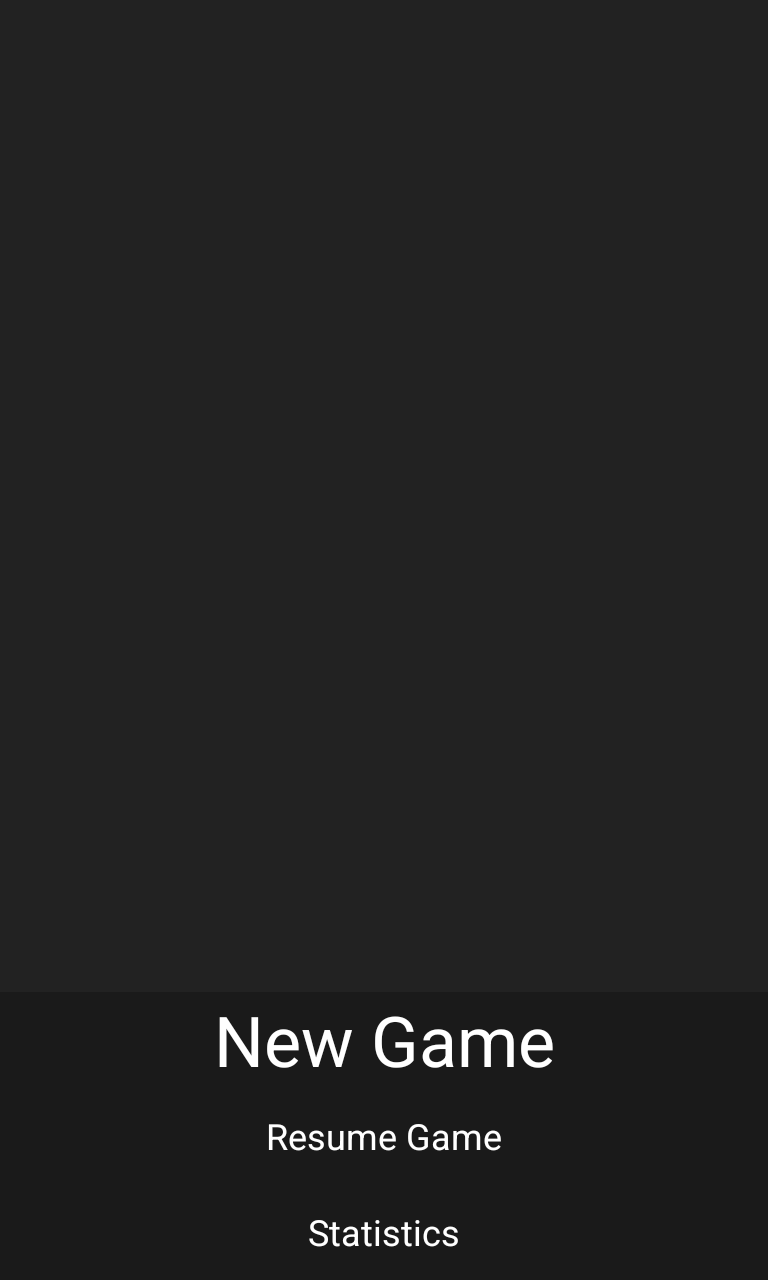
Repository: andyhurd/SuperMunchkin
Layout: SuperMunchkin/res/layout/activity_main_menu.xml
An editor plug-in stored every save of this project. The layout is shown before and after the next save, followed by the edit.
It is drawn on a 768 x 1280 px phone screen (xhdpi) without system bars, with theme AppTheme; the app's code is not run.

Above is the layout before, as saved 2012-11-02 01:18:11.

### SuperMunchkin/res/layout/activity_main_menu.xml

    <LinearLayout xmlns:android="http://schemas.android.com/apk/res/android"
        android:layout_width="fill_parent"
        android:layout_height="fill_parent"
        android:orientation="vertical"
        android:gravity="bottom"
        android:background="@color/charcoal" >

	    <LinearLayout
	        android:layout_width="fill_parent"
	        android:layout_height="wrap_content"
	        android:orientation="vertical"
	        android:gravity="center"
	        android:background="@color/charcoal_accent" >

	        <Button
	            android:id="@+id/newGameButton"
	            android:layout_width="match_parent"
	            android:layout_height="wrap_content"
	            android:text="@string/new_game"
		        android:textColor="@android:color/white"
		        android:textSize="35dip"
		        style="?android:attr/borderlessButtonStyle" />

	        <Button
	            android:id="@+id/resumeGameButton"
	            android:layout_width="match_parent"
	            android:layout_height="wrap_content"
	            android:text="@string/resume_game"
		        android:textColor="@android:color/white"
		        style="?android:attr/borderlessButtonStyle" />

	        <Button
	            android:id="@+id/statisticsButton"
	            android:layout_width="match_parent"
	            android:layout_height="wrap_content"
	            android:text="@string/statistics"
		        android:textColor="@android:color/white"
		        style="?android:attr/borderlessButtonStyle" />
        </LinearLayout>

    </LinearLayout>

### SuperMunchkin/res/values/colors.xml
<resources>

    <color name="charcoal">#222222</color>
    <color name="charcoal_accent">#1A1A1A</color>
    <color name="mist">#BBBBBB</color>
    <color name="holo_blue_bright">#FF33FFFF</color>

</resources>

### SuperMunchkin/res/values/strings.xml
<resources>

    <string name="app_name">SuperMunchkin</string>
    <string name="averageGearAbbr">AVG GEAR</string>
    <string name="averageLevelAbbr">AVG LEVEL</string>
    <string name="cancel">Cancel</string>
    <string name="choose_next">Choose Next</string>
    <string name="declare_victor">is the winner!</string>
    <string name="done">Done</string>
    <string name="false_abbr">F</string>
    <string name="finish">Finish</string>
    <string name="firstName">First Name</string>
    <string name="first_player_prompt">Who Plays First?</string>
    <string name="gamesPlayedAbbr">GAMES PLAYED</string>
    <string name="gamesWonAbbr">GAMES WON</string>
    <string name="gear">Gear</string>
    <string name="gearAbbr">GEAR</string>
    <string name="lastName">Last Name</string>
    <string name="level">Level</string>
    <string name="levelAbbr">LEVEL</string>
    <string name="menu_settings">Settings</string>
    <string name="nextPlayer">Next Player</string>
    <string name="next_player_prompt">Who Plays Next?</string>
    <string name="one">1</string>
    <string name="new_game">New Game</string>
    <string name="player">PLAYER</string>
    <string name="playerName">Player Name</string>
    <string name="plus_sign">+</string>
    <string name="previousPlayer">Previous Player</string>
    <string name="reorder">Reorder</string>
    <string name="removePlayers">Remove Players</string>
    <string name="remove">Remove</string>
    <string name="restorePlayers">Restore Players</string>
    <string name="restore">Restore</string>
    <string name="resume_game">Resume Game</string>
    <string name="unfinished_game">Unfinished Game</string>
    <string name="save">Save</string>
    <string name="start">Start</string>
    <string name="statistics">Statistics</string>
    <string name="totalGearAbbr">TOTAL GEAR</string>
    <string name="totalLevelAbbr">TOTAL LEVEL</string>
    <string name="true_abbr">T</string>
    <string name="warrior">Warrior</string>
    <string name="warriorAbbr">WARR</string>
    <string name="warriorFull">WARRIOR</string>
    <string name="winPercentageAbbr">WIN%</string>
    <string name="zero">0</string>
    <string name="zeroPercent">0.0%</string>

</resources>

Loaded but not shown: SuperMunchkin/res/values-v11/styles.xml (common file); SuperMunchkin/res/values-v14/styles.xml (common file); SuperMunchkin/res/values/styles.xml (common file)

After the next save:
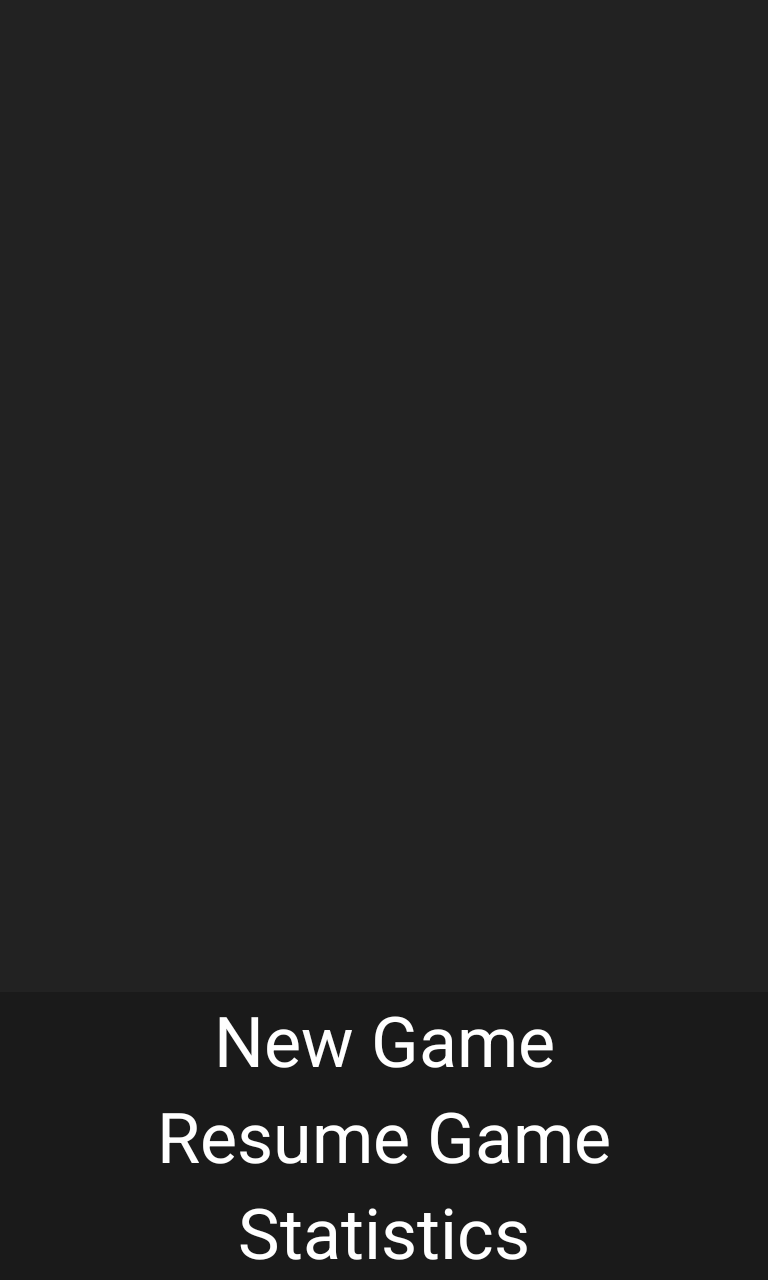
Saved 9 s later.
--- a/SuperMunchkin/res/layout/activity_main_menu.xml
+++ b/SuperMunchkin/res/layout/activity_main_menu.xml
@@ -28,6 +28,7 @@
 	            android:layout_height="wrap_content"
 	            android:text="@string/resume_game"
 		        android:textColor="@android:color/white"
+		        android:textSize="35dip"
 		        style="?android:attr/borderlessButtonStyle" />
 
 	        <Button
@@ -36,6 +37,7 @@
 	            android:layout_height="wrap_content"
 	            android:text="@string/statistics"
 		        android:textColor="@android:color/white"
+		        android:textSize="35dip"
 		        style="?android:attr/borderlessButtonStyle" />
         </LinearLayout>
 
